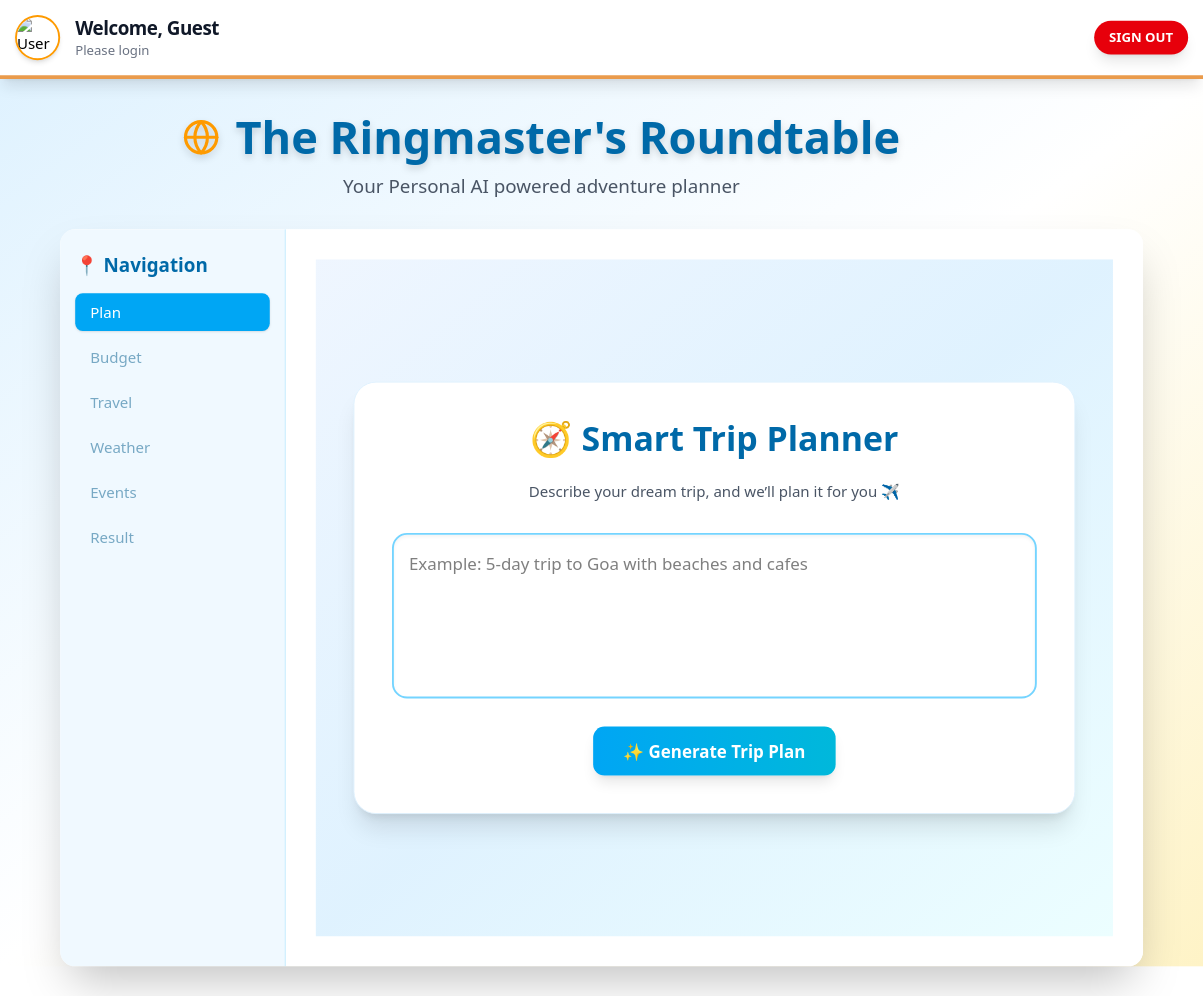
Repository: vega2006/The-Ringmaster-s-Roundtable
Page: /prompt (app in client/)
An editor plug-in stored every save of this project. The page is shown before and after the next save, followed by the edit.
The browser window is 1280 px wide. The pictures show the whole page, at 94% of full size.
The page's requests for data from a server got no answer. The project was rebuilt for these pictures with package versions that can differ from the ones it lists, and the page was loaded fresh each time. No one was signed in, and anything a server would have sent is missing. Also part of the build but not shown: client/vite.config.js, client/src/components/GoogleLogin.jsx, client/src/components/NotFound.jsx, client/src/components/Sidebar.jsx, client/src/components/PlanInput.jsx, client/src/components/WeatherContent.jsx, client/src/components/TravelContent.jsx, client/src/components/ItineraryContent.jsx and 7 more.

Above is the page before, as saved 2025-10-09 02:19:22.

### client/src/App.jsx


import { GoogleOAuthProvider } from "@react-oauth/google";
import GoogleLogin from "./components/GoogleLogin";
import { BrowserRouter, Route, Routes, Navigate } from 'react-router-dom';
import { useState } from 'react';
import RefreshHandler from './components/RefreshHandler';
import NotFound from './components/NotFound';
import Dashboard from "./pages/Dashboard";
import Home from "./pages/Home";
import AIDashboard from "./pages/AIDashboard";
export default function App() {
  const [isAuthenticated, setIsAuthenticated] = useState(false);

  const GoogleWrapper = () => (
    <GoogleOAuthProvider clientId="1054190178825-cc3eg87b9uvh9hfn384ge5sqe5hq9l5v.apps.googleusercontent.com">
      <GoogleLogin />
    </GoogleOAuthProvider>
  );

  const PrivateRoute = ({ element }) => {
    return isAuthenticated ? element : element;
  };

  return (
    <BrowserRouter>
      <RefreshHandler setIsAuthenticated={setIsAuthenticated} />
      <Routes>
        {/* Public route for the Home page, where users can sign in */}
        <Route path="/" element={<Home isAuthenticated={isAuthenticated} />} />

        {/* This is the login page. Redirect to home after login. */}
        <Route path="/login" element={<GoogleWrapper />} />

        {/* This is the protected dashboard route */}
        <Route path='/dashboard' element={<PrivateRoute element={<Dashboard />} />} />
         <Route path='/prompt' element={<PrivateRoute element={<AIDashboard />} />} />

        {/* Catch-all route for invalid URLs */}
        <Route path="*" element={<NotFound />} />
      </Routes>
    </BrowserRouter>
  );
}

### client/src/components/RefreshHandler.jsx
import React, { useEffect } from 'react';
import { useLocation, useNavigate } from 'react-router-dom';

function RefrshHandler({ setIsAuthenticated }) {
    const location = useLocation();
    const navigate = useNavigate();

    useEffect(() => {
        const data = localStorage.getItem('user-info');
        const token = JSON.parse(data)?.token;
        if (token) {
            setIsAuthenticated(true);
            if (location.pathname === '/' ||
                location.pathname === '/login'
            ) {
                navigate('/dashboard', { replace: false });
            }
        }
    }, [location, navigate, setIsAuthenticated])

    return (
        null
    )
}

export default RefrshHandler

### client/src/pages/AIDashboard.jsx
import {TripProvider } from "../contexts/TripContext";
import AppHeader from "../components/AppHeader";
import PromptBasedSidebar from "../components/PromptBasedSideBar";
import MainContent from "../components/MainContent";
import AIContentRouter from "../components/AIContentRouter";
import React, { useEffect, useState } from 'react'
import { useNavigate } from 'react-router-dom';
const AIDashboard = () => {

     const [userInfo, setUserInfo] = useState(null);
    const navigate = useNavigate();

    useEffect(()=>{
        const data = localStorage.getItem('user-info');
        const userData = JSON.parse(data);
        setUserInfo(userData);
    },[])

    const handleLogout = ()=>{
        localStorage.removeItem('user-info');
        navigate('/login');
    }


  return (
    <div>
      <div className="sticky top-0 z-10 bg-white shadow-lg p-3 sm:p-4 border-b-4 border-amber-600/70">
                <div className="max-w-7xl mx-auto flex justify-between items-center">

                    {/* User Info Display */}
                    <div className="flex items-center space-x-4">
                        <img
                            className="w-12 h-12 rounded-full object-cover shadow-md border-2 border-amber-500"
                            src={userInfo?.image}
                            alt={userInfo?.name || 'User'}
                            onError={(e) => { e.target.onerror = null; e.target.src="https://placehold.co/40x40/FFC107/333?text=?" }}
                        />
                        <div className="hidden sm:block">
                            <h1 className="text-xl font-bold text-gray-900 tracking-tight">Welcome, {userInfo?.name || 'Guest'}</h1>
                            <h3 className="text-sm text-gray-500">{userInfo?.email || 'Please login'}</h3>
                        </div>
                        <div className="sm:hidden text-lg font-bold text-gray-900">
                           {userInfo?.name ? `Hello, ${userInfo.name.split(' ')[0]}!` : 'Hello!'}
                        </div>
                    </div>

                    {/* Logout Button (Stylized and positioned on the right) */}
                    <button
                        onClick={handleLogout}
                        className="px-4 py-2 bg-red-600 text-white font-semibold rounded-full shadow-lg hover:bg-red-700
                                   transition duration-150 transform hover:scale-[1.02] active:scale-95
                                   focus:outline-none focus:ring-4 focus:ring-red-300 uppercase text-sm"
                    >
                        Sign Out
                    </button>
                </div>
            </div>

      <TripProvider>

        <div className="min-h-screen bg-gradient-to-br from-sky-100 via-white to-amber-100 font-inter">
          <AppHeader />
          <div className="max-w-6xl mx-auto grid grid-cols-1 md:grid-cols-[240px_1fr] bg-white shadow-2xl rounded-2xl overflow-hidden mt-4 mb-8">
            <PromptBasedSidebar />


            <MainContent>
                            <AIContentRouter />
                       </MainContent>

          </div>
        </div>
    </TripProvider>

    </div>
  )
}
export default AIDashboard

### client/src/api/api.jsx
import axios from "axios";

const API_BASE = `${import.meta.env.VITE_BACKEND_URL}/api`;


const api = axios.create({
    baseURL: "http://localhost:4000/auth/",
    // withCredentials: true,
});

export const googleAuth = (code) => api.get(`/google?code=${code}`);


export const getWeather = (city, travelDate) =>
  axios.get(`${API_BASE}/weather?city=${encodeURIComponent(city)}&travelDate=${encodeURIComponent(travelDate)}`);
;

export const getRoute = (origin, destination, travelDate) =>
  axios.get(`${API_BASE}/maps?origin=${encodeURIComponent(origin)}&destination=${encodeURIComponent(destination)}&travelDate=${encodeURIComponent(travelDate)}`);


export const getEvents = (destination, startTravelDate, endTravelDate) =>
  axios.get(`${API_BASE}/events`, {
    params: {
      city: destination,
      startDate: startTravelDate,
      endDate: endTravelDate,
    },
  });

export const getTripBudget = async (payload) => {
  // console.log(payload);
  return axios.post(`${API_BASE}/budget`, payload);
};


export const getItinerary = async (destination,startDate, endDate) => {
  return axios.post(`${API_BASE}/itinerary/generate`, {
      destination,
      startDate,
      endDate,
    });
};

### client/src/contexts/TripContext.jsx
import { createContext, useContext, useState, useMemo } from "react";
import { getWeather, getRoute, getTripBudget } from "../api/api";
import { API_URL, RESPONSE_SCHEMA } from "../utils/constants";

const TripContext = createContext(null);

export const useTrip = () => {
  const context = useContext(TripContext);
  if (!context) throw new Error("useTrip must be used within a TripProvider");
  return context;
};
const calculateDuration = (start, end) => {
  if (!start || !end) return 0;

  const startDate = new Date(start + "T00:00:00Z");
  const endDate = new Date(end + "T00:00:00Z");

  if (isNaN(startDate.getTime()) || isNaN(endDate.getTime())) return 0;

  const timeDifference = endDate.getTime() - startDate.getTime();

  const dayDifference = Math.round(timeDifference / (1000 * 3600 * 24));

  return Math.max(1, dayDifference + 1);
};
export const TripProvider = ({ children }) => {
  const [events,setEvents]=useState([]);
  const [AIResult,setAIResult]=useState("");
  const [prompt, setPrompt] = useState("");
  const [tripPlan, setTripPlan] = useState(null);
  const [isLoading, setIsLoading] = useState(false);
  const [error, setError] = useState(null);

  const [city, setCity] = useState("");
  const [origin, setOrigin] = useState("");
  const [destination, setDestination] = useState("");
  const [startTravelDate, setStartTravelDate] = useState("");
  const [endTravelDate, setEndTravelDate] = useState("");

  const [activeTab, setActiveTab] = useState("Plan");
  const [manualWeather, setManualWeather] = useState(null);
  const [manualRoute, setManualRoute] = useState(null);

  const [eventsCache, setEventsCache] = useState({});
  const [budgetEstimate, setBudgetEstimate] = useState(null);
  const [numPeople, setNumPeople] = useState(1);

  const isLLMPlanning = useMemo(() => prompt.trim().length > 0, [prompt]);
  const isManualLookup = useMemo(
    () => !isLLMPlanning && (city || (origin && destination)),
    [isLLMPlanning, city, origin, destination]
  );
  const isResultAvailable = tripPlan || manualWeather || manualRoute;

  const generateTripPlan = async () => {
    if (!isLLMPlanning && !isManualLookup) {
      setError(
        "Please enter a detailed prompt OR fill out the City/Route fields."
      );
      return;
    }

    setIsLoading(true);
    setError(null);
    setTripPlan(null);
    setManualWeather(null);
    setManualRoute(null);

    if (isLLMPlanning) {
      // setActiveTab("Itinerary");
      // let fullPrompt = prompt;
      // if (city) fullPrompt += ` (Focus City: ${city})`;
      // if (origin && destination)
      //   fullPrompt += ` (Route: ${origin} to ${destination})`;
      // if (startTravelDate) fullPrompt += ` (Starting Date: ${startTravelDate})`;

      // const payload = {
      //   contents: [{ parts: [{ text: fullPrompt }] }],
      //   systemInstruction: {
      //     parts: [{ text: "Generate a structured trip plan." }],
      //   },
      //   generationConfig: {
      //     responseMimeType: "application/json",
      //     responseSchema: RESPONSE_SCHEMA,
      //   },
      //   tools: [{ google_search: {} }],
      // };

      // try {
      //   const res = await fetch(API_URL, {
      //     method: "POST",
      //     headers: { "Content-Type": "application/json" },
      //     body: JSON.stringify(payload),
      //   });

      //   const result = await res.json();
      //   const jsonText = result.candidates?.[0]?.content?.parts?.[0]?.text;
      //   setTripPlan(jsonText ? JSON.parse(jsonText) : null);
      // } catch (err) {
      //   setError(`Failed to process the plan: ${err.message}`);
      // }
    } else {
      setActiveTab("Weather");
      const tripDuration = calculateDuration(startTravelDate, endTravelDate);
      setTripPlan({ ...tripPlan, duration_days: tripDuration });
      if (city && startTravelDate) {
        const weatherRes = await getWeather(city, startTravelDate);
        setManualWeather(weatherRes.data);
        // console.log(weatherRes.data);
      }
      if (origin && destination && startTravelDate) {
        const routeRes = await getRoute(origin, destination, startTravelDate);
        setManualRoute({
          ...routeRes.data,
          origin,
          destination,
          transport: "Road",
        });
      }
      if (origin && destination && startTravelDate && endTravelDate) {
            try {
                const tripData = {
                    origin,
                    destination,
                    startTravelDate,
                    endTravelDate,

                    numPeople: numPeople,
                };


                const budgetRes = await getTripBudget(tripData);
                // console.log(budgetRes.data);


                setBudgetEstimate(budgetRes.data);
                // console.log(budgetEstimate);

                setActiveTab("Budget");

            } catch (err) {
                console.error("Budget estimation failed:", err);
                setError("Failed to calculate budget. Please check server connection.");
            }
        }
    }
    setIsLoading(false);
  };

  return (
    <TripContext.Provider
      value={{
        activeTab,
        setActiveTab,
        isLoading,
        error,
        isResultAvailable,
        prompt,
        setPrompt,
        city,
        setCity,
        origin,
        setOrigin,
        destination,
        setDestination,
        startTravelDate,
        setStartTravelDate,
        endTravelDate,
        setEndTravelDate,
        tripPlan,
        manualWeather,
        setManualWeather,
        manualRoute,
        setManualRoute,
        generateTripPlan,
        isLLMPlanning,
        isManualLookup,
        eventsCache,
        setEventsCache,
        numPeople,
        setNumPeople,
        budgetEstimate,
        setBudgetEstimate,
        events,
        setEvents,
        AIResult,
        setAIResult,
      }}
    >
      {children}
    </TripContext.Provider>
  );
};

### client/src/components/AppHeader.jsx
import React from 'react';
import { Globe } from 'lucide-react';

const AppHeader = () => (
    <div className="w-full max-w-6xl text-center pt-8 pb-4">
        <h1 className="text-4xl sm:text-5xl font-extrabold text-sky-700 drop-shadow-lg leading-tight flex items-center justify-center">
            <Globe className="w-8 h-8 sm:w-10 sm:h-10 mr-4 text-amber-500" />
            The Ringmaster's Roundtable
        </h1>
        <p className="text-center text-lg sm:text-xl text-gray-600 mt-2">Your Personal AI powered adventure planner</p>
    </div>
);

export default AppHeader;

### client/src/components/MainContent.jsx
export default function MainContent({ children }) {
  return (
    <main className="p-8 bg-white overflow-y-auto">
      {children}
    </main>
  );
}

### client/src/components/PlanByPrompt.jsx
import { useState } from "react";
import { useTrip } from "../contexts/TripContext";

// Helper function to get the current date in YYYY-MM-DD format (required for HTML date input min)
const getTodayDate = () => {
  const today = new Date();
  const year = today.getFullYear();
  const month = String(today.getMonth() + 1).padStart(2, '0');
  const day = String(today.getDate()).padStart(2, '0');
  return `${year}-${month}-${day}`;
};
export default function PlanByPrompt() {
  const [prompt, setPrompt] = useState("");
  const [isLoading, setIsLoading] = useState(false);
  const [result, setResult] = useState(null);

  const {activeTab, setActiveTab,
    manualRoute,origin,
       events,setEvents,
        setOrigin,
        destination,
        setDestination,
        setManualRoute,manualWeather,setManualWeather,AIResult,setAIResult}=useTrip();
  const generate = async () => {
    if (!prompt.trim()) {
      alert("Please describe your trip before generating!");
      return;
    }

    setIsLoading(true);
    try {
      const response = await fetch("http://localhost:4000/api/mcp-server", {
        method: "POST",
        headers: { "Content-Type": "application/json" },
        body: JSON.stringify({ prompt }),
      });

      const data = await response.json();
     await  setOrigin(data.origin);
      await setDestination(data.destination);
      setManualWeather(data.weather);
     setManualRoute({
          ...data.route,
          origin,
          destination,
          transport: "Road",
        });
      setActiveTab("Weather");
      setEvents(data.event);
      setAIResult(data.finalResponse.kwargs.content);
    } catch (err) {
      console.error("Error generating trip plan:", err);
      alert("Failed to generate trip plan. Please try again.");
    } finally {
      setIsLoading(false);
    }
  };

  return (
    <div className="min-h-screen bg-gradient-to-br from-blue-50 via-sky-100 to-cyan-50 flex flex-col items-center justify-center p-6">
      <div className="w-full max-w-3xl bg-white rounded-3xl shadow-xl p-10 border border-sky-100">
        {/* Header */}
        <h1 className="text-4xl font-extrabold text-sky-700 text-center mb-6">
          🧭 Smart Trip Planner
        </h1>
        <p className="text-gray-600 text-center mb-8">
          Describe your dream trip, and we’ll plan it for you ✈️
        </p>

        {/* Prompt Input */}
        <textarea
          placeholder="Example: 5-day trip to Goa with beaches and cafes"
          value={prompt}
          onChange={(e) => setPrompt(e.target.value)}
          rows="5"
          className="w-full p-4 border-2 border-sky-300 rounded-2xl shadow-inner focus:ring-2 focus:ring-sky-500 outline-none text-lg resize-none transition-all duration-200"
        />

        {/* Generate Button */}
        <div className="flex justify-center mt-6">
          <button
            onClick={generate}
            disabled={isLoading}
            className={`px-8 py-3 text-lg font-semibold text-white rounded-xl shadow-lg transition-all duration-300 ${
              isLoading
                ? "bg-sky-400 cursor-not-allowed"
                : "bg-gradient-to-r from-sky-500 to-cyan-500 hover:from-sky-600 hover:to-cyan-600"
            }`}
          >
            {isLoading ? "Planning..." : "✨ Generate Trip Plan"}
          </button>
        </div>


      </div>
    </div>
  );
}

### client/src/components/PromptBasedSideBar.jsx
import { useTrip } from "../contexts/TripContext";
import { TABS } from "../utils/PromptBasedConstants";

export default function PromptBasedSidebar() {
  const { activeTab, setActiveTab, isResultAvailable } = useTrip();

  return (
    <aside className="bg-sky-50 border-r border-sky-200 py-6 px-4">
      <h2 className="text-xl font-semibold mb-4 text-sky-700">📍 Navigation</h2>
      <nav className="flex flex-col space-y-2">
        {TABS.map((tab) => (
          <button
            key={tab}
            disabled={tab !== "Plan" && !isResultAvailable}
            onClick={() => setActiveTab(tab)}
            className={`px-4 py-2 text-left rounded-lg font-medium transition-all ${
              activeTab === tab
                ? "bg-sky-500 text-white shadow"
                : "hover:bg-sky-100 text-sky-800"
            } ${tab !== "Plan" && !isResultAvailable ? "opacity-50 cursor-not-allowed" : ""}`}
          >
            {tab}
          </button>
        ))}
      </nav>
    </aside>
  );
}

### client/src/components/AIContentRouter.jsx
import { useTrip } from "../contexts/TripContext";
import PlanByPrompt from "./PlanByPrompt";
import WeatherContent from "./WeatherContent";
import TravelContent from "./TravelContent";
import ItineraryContent from "./ItineraryContent";
import BudgetContent from "./BudgetContent";
import PromptBasedEvents from "./PromptBasedEvents";
import AIresult from "./AIresult";
export default function AIContentRouter() {
  const { activeTab } = useTrip();

  switch (activeTab) {
    case "Plan": return <PlanByPrompt/>;
    case "Result": return <AIresult/>;
    case "Weather": return <WeatherContent />;
    case "Travel": return <TravelContent />;
    case "Itinerary": return <ItineraryContent />;
    case "Budget": return <BudgetContent />;
    case "Events": return < PromptBasedEvents/>;
    default: return <PlanInput />;
  }
}

### client/src/utils/constants.jsx
export const API_KEY = "";
export const API_URL = `https://generativelanguage.googleapis.com/v1beta/models/gemini-2.5-flash-preview-05-20:generateContent?key=${API_KEY}`;

export const TABS = ["Plan", "Itinerary", "Budget", "Travel", "Weather", "Events","Result"];

export const RESPONSE_SCHEMA = {
  type: "OBJECT",
  properties: {
    destination: { type: "STRING" },
    duration_days: { type: "NUMBER" },
    summary: { type: "STRING" },
    itinerary: {
      type: "ARRAY",
      items: {
        type: "OBJECT",
        properties: {
          day: { type: "NUMBER" },
          date: { type: "STRING" },
          activities: { type: "ARRAY", items: { type: "STRING" } },
        },
      },
    },
  },
};

### client/src/utils/PromptBasedConstants.jsx
export const API_KEY = "";
export const API_URL = `https://generativelanguage.googleapis.com/v1beta/models/gemini-2.5-flash-preview-05-20:generateContent?key=${API_KEY}`;

export const TABS = ["Plan","Budget", "Travel", "Weather", "Events","Result"];

export const RESPONSE_SCHEMA = {
  type: "OBJECT",
  properties: {
    destination: { type: "STRING" },
    duration_days: { type: "NUMBER" },
    summary: { type: "STRING" },
    itinerary: {
      type: "ARRAY",
      items: {
        type: "OBJECT",
        properties: {
          day: { type: "NUMBER" },
          date: { type: "STRING" },
          activities: { type: "ARRAY", items: { type: "STRING" } },
        },
      },
    },
  },
};

Loaded but not shown: client/index.html (common file); client/src/main.jsx (common file); client/src/index.css (common file)

After the next save:
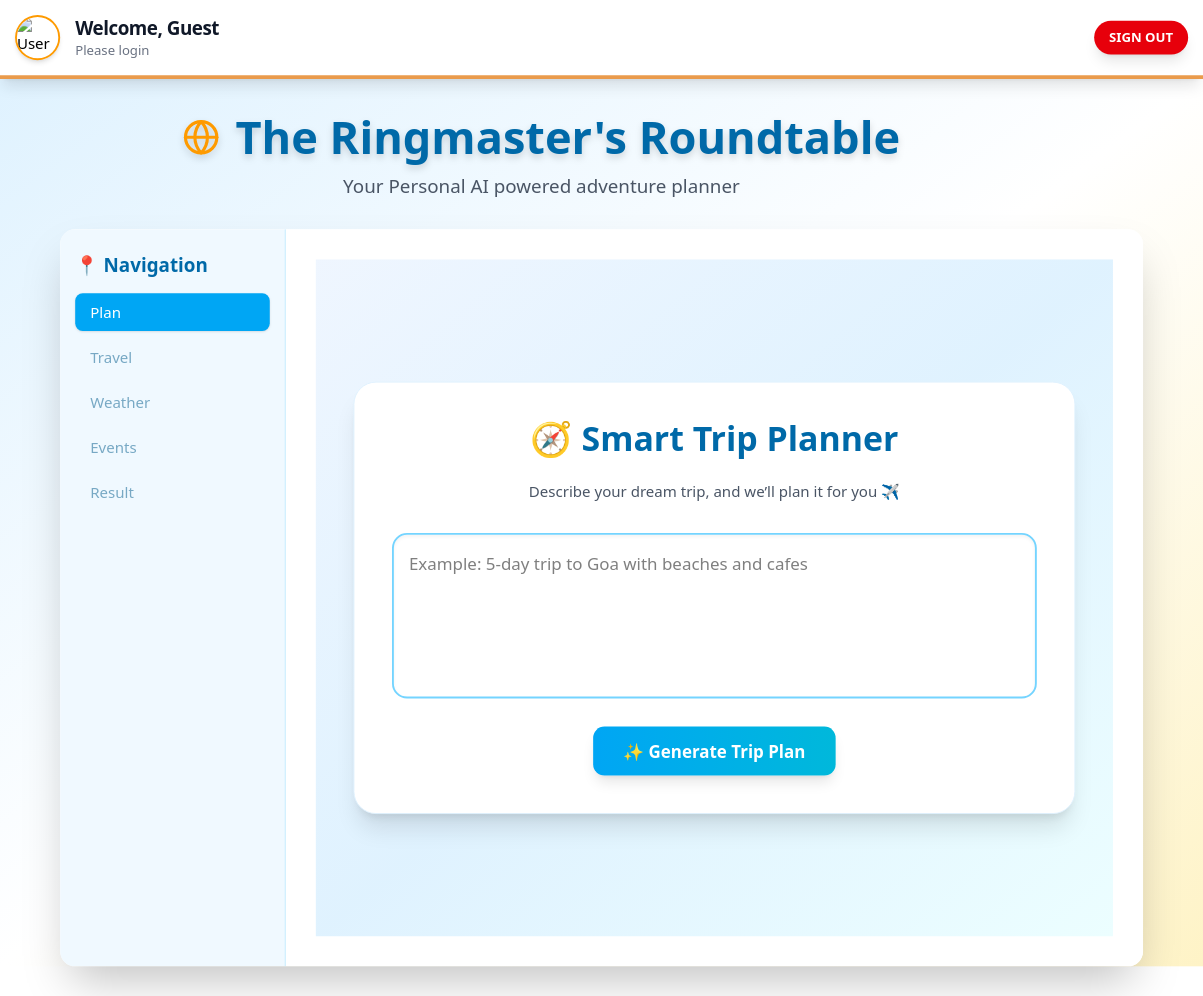
Saved 2 min 14 s later.
--- a/client/src/utils/PromptBasedConstants.jsx
+++ b/client/src/utils/PromptBasedConstants.jsx
@@ -1,7 +1,7 @@
 export const API_KEY = "";
 export const API_URL = `https://generativelanguage.googleapis.com/v1beta/models/gemini-2.5-flash-preview-05-20:generateContent?key=${API_KEY}`;
 
-export const TABS = ["Plan","Budget", "Travel", "Weather", "Events","Result"];
+export const TABS = ["Plan", "Travel", "Weather", "Events","Result"];
 
 export const RESPONSE_SCHEMA = {
   type: "OBJECT",
